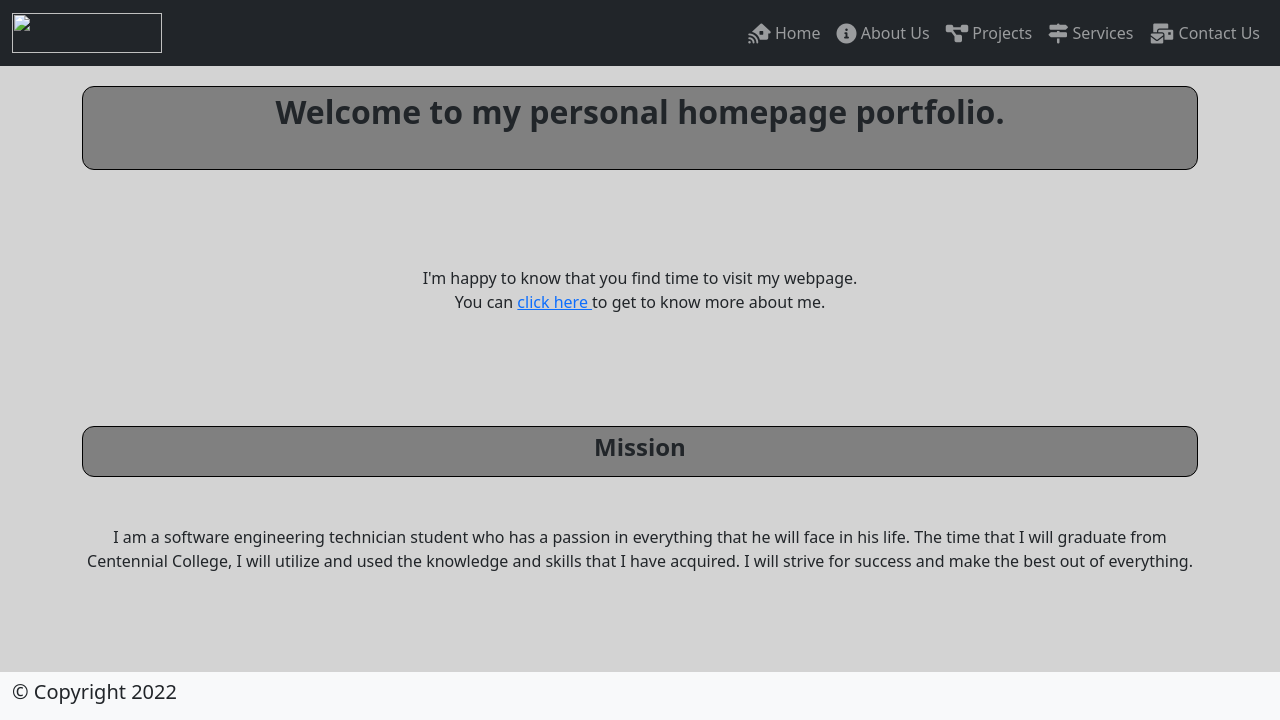
Repository: acarino4/Express-Portfolio-Site
Page: http://localhost/
An editor plug-in stored every save of this project. The page is shown before and after the next save, followed by the edit.
The browser window is 1280 px wide. The pictures show the whole page.
The page is served by the project's Node server (server.js). Other server files are loaded and not shown.

Above is the page before, as saved 2022-10-08 19:13:10.
Not found: Assets/images/AACPH.png

### Server/Views/index.ejs
<!--
    *****************************************
    * File Name: MyExpressPortfolio         *
    * Students Name: Jenyll Mabborang       *
    * Student ID: 301225121                 *
    * Date: June 06, 2022                   *
    *****************************************
-->

<!DOCTYPE html>
<html lang="en">
<head>
    <meta charset="UTF-8">
    <meta http-equiv="X-UA-Compatible" content="IE=edge">
    <meta name="viewport" content="width=device-width, initial-scale=1.0">
    <title><%= title %></title>
    <!-- CSS Goes Here -->
    <link rel="stylesheet" href="./bootstrap/dist/css/bootstrap.min.css">
    <link rel="stylesheet" href="./@fortawesome/fontawesome-free/css/all.min.css">
    <link rel="stylesheet" href="./Content/app.css">
</head>
<body>
    <!-- Main Navigation Section -->
    <header>
        <%- include('components/header.ejs'); %> <!-- Inserts or injects my header.ejs inside my header-->
    </header>

    <!-- Content Section -->
    <main>
        <%- include('content/' + page + '.ejs'); %>
    </main>

    <!-- Site-wide Footer Section -->
    <footer>
        <!-- Site-wide footer -->
        <%- include('components/footer.ejs'); %> <!-- Inserts or injects my footerr.ejs inside my footer-->
    </footer>

    <!-- JavaScript goes here -->
    <script src="./jquery/dist/jquery.min.js"></script>
    <script src="./bootstrap/dist/js/bootstrap.min.js"></script>
    <script src="./@fortawesome/fontawesome-free/js/all.min.js"></script>
    <script src="./Scripts/app.js"></script>
</body>
</html>

### Server/Views/components/header.ejs
<!--
  Name: Angelo Caster M. Carino
  Student ID: 301223955
  Assignment 1: Express Portfolio Site
-->
<nav class="navbar navbar-expand-lg navbar-dark bg-dark">
    <div class="container-fluid">
      <a class="navbar-brand" href="/"><img src="./Assets/images/AACPH.png" alt="" width="150" height="40"></i> </a>
      <button class="navbar-toggler" type="button" data-bs-toggle="collapse" data-bs-target="#navbarSupportedContent" aria-controls="navbarSupportedContent" aria-expanded="false" aria-label="Toggle navigation">
        <span class="navbar-toggler-icon"></span>
      </button>
      <div class="collapse navbar-collapse" id="navbarSupportedContent">
        <ul class="navbar-nav ms-auto mb-2 mb-lg-0">

          <!-- Home Page link -->
          <li class="nav-item">
            <a class="nav-link" aria-current="page" href="/home"><i class="fa-solid fa-house-signal fa-lg"></i> Home</a>
          </li>

          <!-- About Page link -->
          <li class="nav-item">
            <a class="nav-link" aria-current="page" href="/about"><i class="fa-solid fa-circle-info fa-lg"></i></i> About Us</a>
          </li>

          <!-- Projects Page link -->
          <li class="nav-item">
            <a class="nav-link" aria-current="page" href="/projects"><i class="fa-solid fa-diagram-project fa-lg"></i></i> Projects</a>
          </li>

          <!-- Services Page link -->
          <li class="nav-item">
            <a class="nav-link" aria-current="page" href="/services"><i class="fa-solid fa-signs-post fa-lg"></i></i> Services</a>
          </li>

          <!-- Contact Page link -->
          <li class="nav-item">
            <a class="nav-link" aria-current="page" href="/contact"><i class="fa-solid fa-envelopes-bulk fa-lg"></i> Contact Us</a>
          </li>

        </ul>
      </div>
    </div>
  </nav>

### Server/Views/content/home.ejs
<!--
  Name: Angelo Caster M. Carino
  Student ID: 301223955
  Assignment 1: Express Portfolio Site
-->

<!-- HOME.EJS body content section -->
<head>
    <style>
        body {
            background-color:lightgray;
        }
        .div1 {
            border: 1px solid black;
            border-radius: 12px;
            padding: 6px;
            background-color: grey;
            text-align: center;


        }

   </style>

</head>

<div class="container" style="padding-top: 20px;">
    <!-- Welcome Message -->
    <div class = "div1">
    <h2><strong>Welcome to my personal homepage portfolio.</strong></h2> <br>
</div>
<br>
<br>
<br>
<br>
<center>
    <p>I'm happy to know that you find time to visit my webpage. <br>
    <!-- Link to my about page -->
    You can <a href="./about"> click here </a> to get to know more about me.</p> <br><br><br><br>

    <!-- Mission Statement -->
    <div class = "div1">
    <h4> <strong>Mission</strong> </h4>
</div>
<br>
<br>
    <p> I am a software engineering technician student who has a passion in everything that he will face in his life.
        The time that I will graduate from Centennial College, I will utilize and used the knowledge and skills that
        I have acquired. I will strive for success and make the best out of everything. </p>
</div>
</center>

### Server/Views/components/footer.ejs
<!--
  Name: Angelo Caster M. Carino
  Student ID: 301223955
  Assignment 1: Express Portfolio Site
-->

<nav class="navbar fixed-bottom bg-light">
    <div class="container-fluid">
      <h5 id="copyright">&copy; Copyright 2022 </h5>
    </div>
</nav>

### server.js
#!/usr/bin/env node
"use strict";
var __importDefault = (this && this.__importDefault) || function (mod) {
    return (mod && mod.__esModule) ? mod : { "default": mod };
};
Object.defineProperty(exports, "__esModule", { value: true });
const app_1 = __importDefault(require("./Server/Config/app"));
const debug_1 = __importDefault(require("debug"));
(0, debug_1.default)('lesson4:server');
const http_1 = __importDefault(require("http"));
const port = normalizePort(process.env.PORT || '3000');
app_1.default.set('port', port);
const server = http_1.default.createServer(app_1.default);
server.listen(port);
server.on('error', onError);
server.on('listening', onListening);
function normalizePort(val) {
    var port = parseInt(val, 10);
    if (isNaN(port)) {
        return val;
    }
    if (port >= 0) {
        return port;
    }
    return false;
}
function onError(error) {
    if (error.syscall !== 'listen') {
        throw error;
    }
    let bind = typeof port === 'string'
        ? 'Pipe ' + port
        : 'Port ' + port;
    switch (error.code) {
        case 'EACCES':
            console.error(bind + ' requires elevated privileges');
            process.exit(1);
            break;
        case 'EADDRINUSE':
            console.error(bind + ' is already in use');
            process.exit(1);
            break;
        default:
            throw error;
    }
}
function onListening() {
    let addr = server.address();
    let bind = 'pipe ' + addr;
    (0, debug_1.default)('Listening on ' + bind);
}
//# sourceMappingURL=server.js.map

### Server/Routes/index.js
"use strict";
var __importDefault = (this && this.__importDefault) || function (mod) {
    return (mod && mod.__esModule) ? mod : { "default": mod };
};
Object.defineProperty(exports, "__esModule", { value: true });
const express_1 = __importDefault(require("express"));
const router = express_1.default.Router();
router.get('/', function (req, res, next) {
    res.render('index', { title: 'Home', page: 'home' });
});
router.get('/home', function (req, res, next) {
    res.render('index', { title: 'Home', page: 'home' });
});
router.get('/about', function (req, res, next) {
    res.render('index', { title: 'About Us', page: 'about' });
});
router.get('/projects', function (req, res, next) {
    res.render('index', { title: 'Our Projects', page: 'projects' });
});
router.get('/services', function (req, res, next) {
    res.render('index', { title: 'Our Services', page: 'services' });
});
router.get('/contact', function (req, res, next) {
    res.render('index', { title: 'Contact Us', page: 'contact' });
});
exports.default = router;
//# sourceMappingURL=index.js.map

### Client/Content/app.css
/*CUSTOM CSS GOES HERE*/

### Client/Scripts/app.js
"use strict";
(function () {
    function Start() {
        console.log("App Started!");
        let XHR = new XMLHttpRequest();
        XHR.open("GET", "../data/data.json");
        XHR.send();
        XHR.addEventListener("readystatechange", function () {
            if (XHR.readyState == 4 && XHR.status == 200) {
                console.log("JSON Data:");
                console.log("===========");
                console.log(XHR.responseText);
            }
        });
    }
    window.addEventListener("load", Start);
})();
//# sourceMappingURL=app.js.map

### Client/data/data.json
{
    "FullName": "Jenyll Mabborang",
    "ContactNumber": "564315584",
    "EmailAddress": "jenyll@example.com"
}

After the next save:
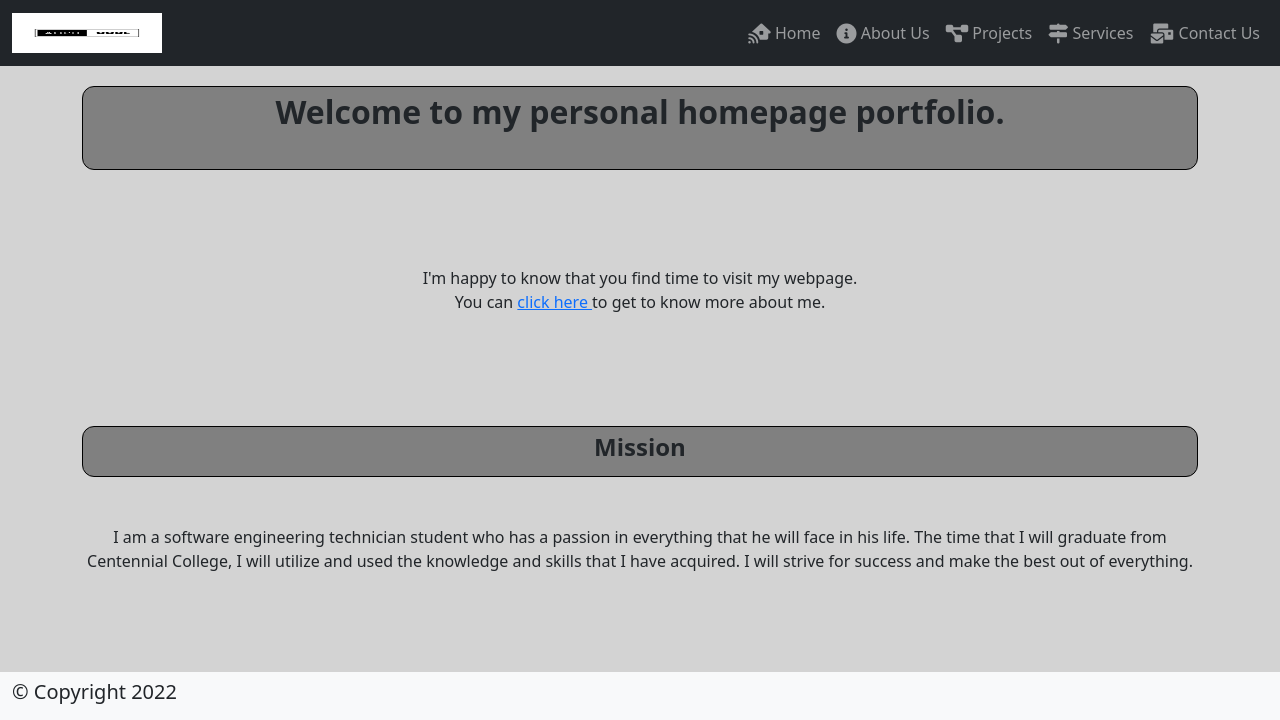
Saved 4 s later.
--- a/Server/Views/components/header.ejs
+++ b/Server/Views/components/header.ejs
@@ -5,7 +5,7 @@
 -->
 <nav class="navbar navbar-expand-lg navbar-dark bg-dark">
     <div class="container-fluid">
-      <a class="navbar-brand" href="/"><img src="./Assets/images/AACPH.png" alt="" width="150" height="40"></i> </a>
+      <a class="navbar-brand" href="/"><img src="./Assets/images/ACPH.png" alt="" width="150" height="40"></i> </a>
       <button class="navbar-toggler" type="button" data-bs-toggle="collapse" data-bs-target="#navbarSupportedContent" aria-controls="navbarSupportedContent" aria-expanded="false" aria-label="Toggle navigation">
         <span class="navbar-toggler-icon"></span>
       </button>
